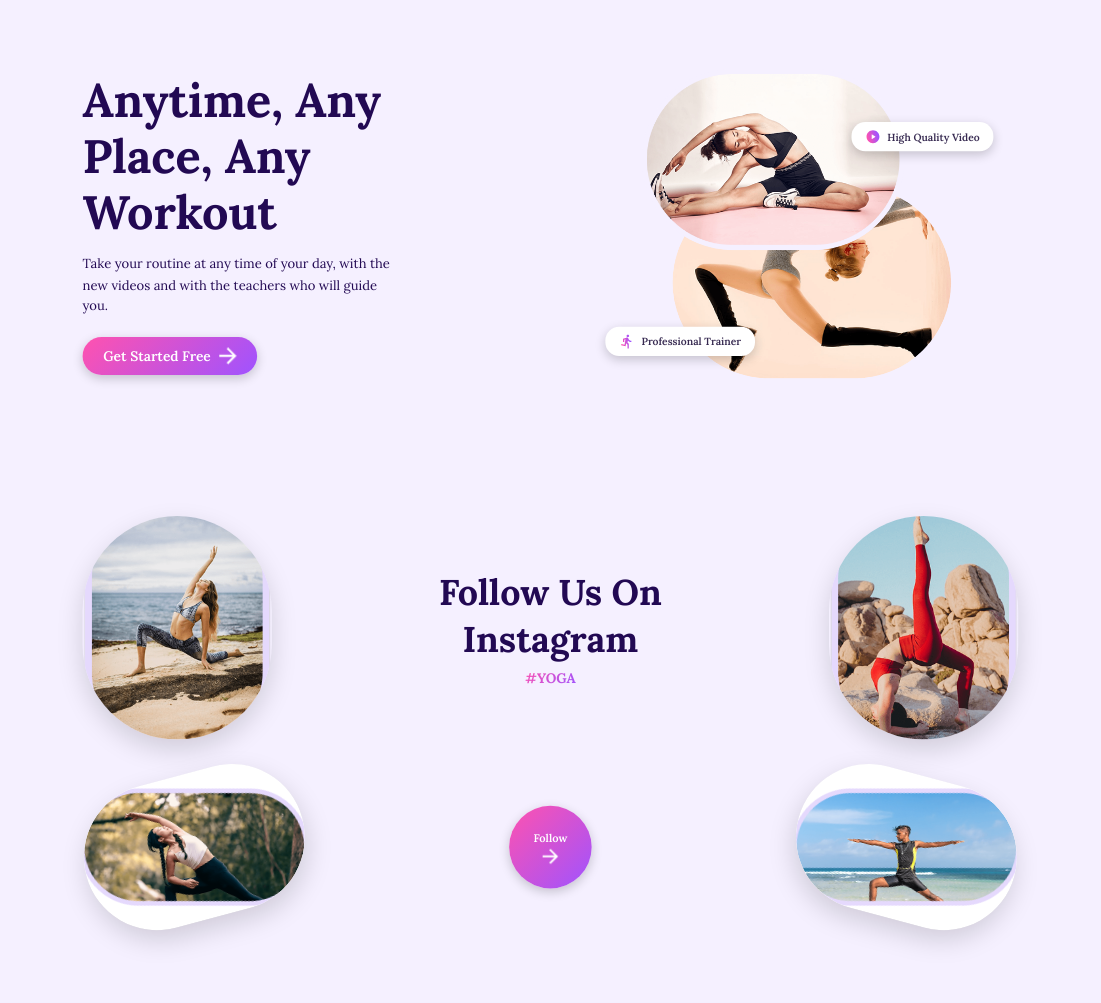
Repository: EunsuhJeon/responsive-yoga-website
Page: index.html
The author's editor kept a copy of each file at every save. The page is drawn from the files as they stood at one save, then again after the next save.
The browser window is 1280 px wide. The pictures show the whole page, at 86% of full size.

Above is the page before, as saved 2025-11-26 00:18:35.

After the next save:
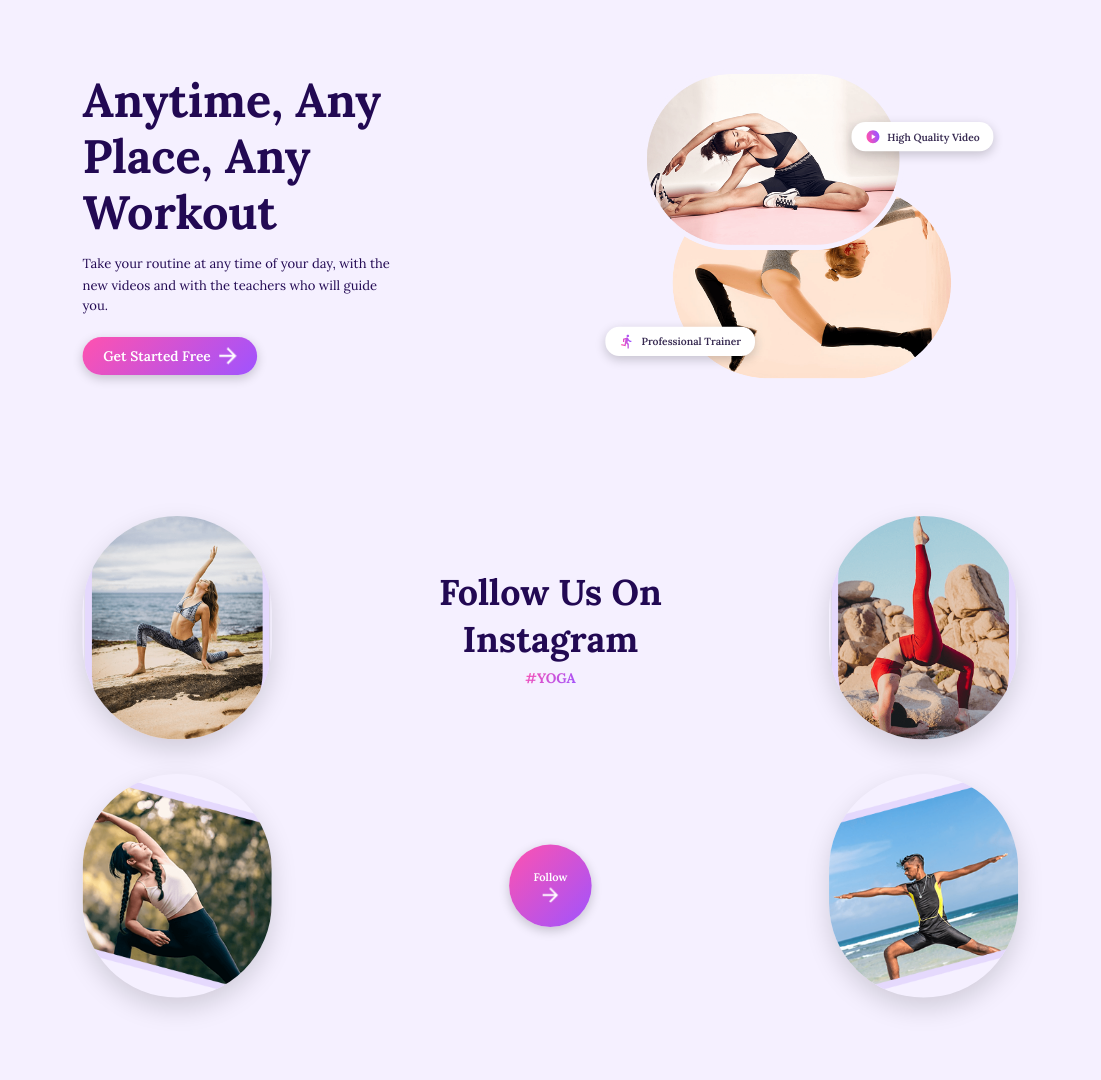
Saved 3 min 25 s later.
--- a/index.html
+++ b/index.html
@@ -96,15 +96,11 @@
 
         <!-- fila inferior -->
         <div class="seccion-5-bottom">
-            <!-- contenedor rotado abajo izquierda -->
-            <div class="seccion-5-img-wrapper seccion-5-img-wrapper-bl">
             <img
-                class="seccion-5-img"
-                src="./assets/images/b2-s2-follow-yoga-3.png"
-                alt="Yoga stretch in the forest">
-            </div>
+            class="seccion-5-img seccion-5-img-bl"
+            src="./assets/images/b2-s2-follow-yoga-3.png"
+            alt="Yoga stretch in the forest">
 
-            <!-- botón circular central -->
             <button class="btn btn-circle">
             <span>Follow</span>
             <img
@@ -113,13 +109,10 @@
                 alt="Arrow icon">
             </button>
 
-            <!-- contenedor rotado abajo derecha -->
-            <div class="seccion-5-img-wrapper seccion-5-img-wrapper-br">
             <img
-                class="seccion-5-img"
-                src="./assets/images/b2-s2-follow-yoga-4.png"
-                alt="Yoga pose by the sea">
-            </div>
+            class="seccion-5-img seccion-5-img-br"
+            src="./assets/images/b2-s2-follow-yoga-4.png"
+            alt="Yoga pose by the sea">
         </div>
         </section>
 
